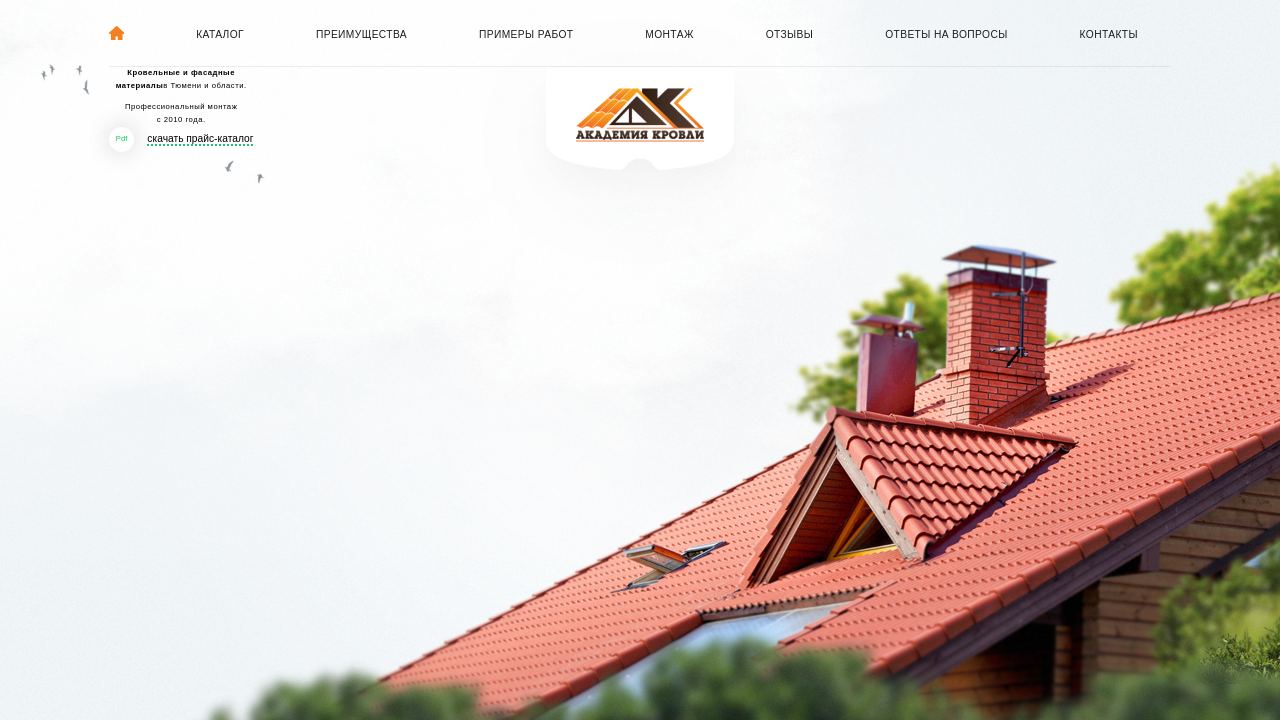
Repository: dima-hacker0/test_task_deyneka
Page: /
The author's editor kept a copy of each file at every save. The page is drawn from the files as they stood at one save, then again after the next save.
The browser window is 1280 px wide. The pictures show the whole page.
The project was rebuilt for these pictures with package versions that can differ from the ones it lists, and the page was loaded fresh each time.

Above is the page before, as saved 2022-06-22 17:42:13.

### src/index.css
/*! normalize.css v8.0.1 | MIT License | github.com/necolas/normalize.css */

/* Document
   ========================================================================== */

/**
 * 1. Correct the line height in all browsers.
 * 2. Prevent adjustments of font size after orientation changes in iOS.
 */
* {
  margin: 0;
  padding: 0;
}

html {
  line-height: 1.15; /* 1 */
  -webkit-text-size-adjust: 100%; /* 2 */
}

/* Sections
   ========================================================================== */

/**
 * Remove the margin in all browsers.
 */

body {
  margin: 0;
  font-family: "Montserrat", sans-serif;
}

/**
 * Render the `main` element consistently in IE.
 */

main {
  display: block;
}

/**
 * Correct the font size and margin on `h1` elements within `section` and
 * `article` contexts in Chrome, Firefox, and Safari.
 */

h1 {
  font-size: 2em;
  margin: 0.67em 0;
}

/* Grouping content
   ========================================================================== */

/**
 * 1. Add the correct box sizing in Firefox.
 * 2. Show the overflow in Edge and IE.
 */

hr {
  box-sizing: content-box; /* 1 */
  height: 0; /* 1 */
  overflow: visible; /* 2 */
}

/**
 * 1. Correct the inheritance and scaling of font size in all browsers.
 * 2. Correct the odd `em` font sizing in all browsers.
 */

pre {
  font-family: monospace, monospace; /* 1 */
  font-size: 1em; /* 2 */
}

/* Text-level semantics
   ========================================================================== */

/**
 * Remove the gray background on active links in IE 10.
 */

a {
  background-color: transparent;
  text-decoration: none;
}

/**
 * 1. Remove the bottom border in Chrome 57-
 * 2. Add the correct text decoration in Chrome, Edge, IE, Opera, and Safari.
 */

abbr[title] {
  border-bottom: none; /* 1 */
  text-decoration: underline; /* 2 */
  text-decoration: underline dotted; /* 2 */
}

/**
 * Add the correct font weight in Chrome, Edge, and Safari.
 */

b,
strong {
  font-weight: bolder;
}

/**
 * 1. Correct the inheritance and scaling of font size in all browsers.
 * 2. Correct the odd `em` font sizing in all browsers.
 */

code,
kbd,
samp {
  font-family: monospace, monospace; /* 1 */
  font-size: 1em; /* 2 */
}

/**
 * Add the correct font size in all browsers.
 */

small {
  font-size: 80%;
}

/**
 * Prevent `sub` and `sup` elements from affecting the line height in
 * all browsers.
 */

sub,
sup {
  font-size: 75%;
  line-height: 0;
  position: relative;
  vertical-align: baseline;
}

sub {
  bottom: -0.25em;
}

sup {
  top: -0.5em;
}

/* Embedded content
   ========================================================================== */

/**
 * Remove the border on images inside links in IE 10.
 */

img {
  border-style: none;
}

/* Forms
   ========================================================================== */

/**
 * 1. Change the font styles in all browsers.
 * 2. Remove the margin in Firefox and Safari.
 */

button,
input,
optgroup,
select,
textarea {
  font-family: inherit; /* 1 */
  font-size: 100%; /* 1 */
  line-height: 1.15; /* 1 */
  margin: 0; /* 2 */
}

/**
 * Show the overflow in IE.
 * 1. Show the overflow in Edge.
 */

button,
input {
  /* 1 */
  overflow: visible;
}

/**
 * Remove the inheritance of text transform in Edge, Firefox, and IE.
 * 1. Remove the inheritance of text transform in Firefox.
 */

button,
select {
  /* 1 */
  text-transform: none;
}

/**
 * Correct the inability to style clickable types in iOS and Safari.
 */

button,
[type="button"],
[type="reset"],
[type="submit"] {
  -webkit-appearance: button;
}

/**
 * Remove the inner border and padding in Firefox.
 */

button::-moz-focus-inner,
[type="button"]::-moz-focus-inner,
[type="reset"]::-moz-focus-inner,
[type="submit"]::-moz-focus-inner {
  border-style: none;
  padding: 0;
}

/**
 * Restore the focus styles unset by the previous rule.
 */

button:-moz-focusring,
[type="button"]:-moz-focusring,
[type="reset"]:-moz-focusring,
[type="submit"]:-moz-focusring {
  outline: 1px dotted ButtonText;
}

/**
 * Correct the padding in Firefox.
 */

fieldset {
  padding: 0.35em 0.75em 0.625em;
}

/**
 * 1. Correct the text wrapping in Edge and IE.
 * 2. Correct the color inheritance from `fieldset` elements in IE.
 * 3. Remove the padding so developers are not caught out when they zero out
 *    `fieldset` elements in all browsers.
 */

legend {
  box-sizing: border-box; /* 1 */
  color: inherit; /* 2 */
  display: table; /* 1 */
  max-width: 100%; /* 1 */
  padding: 0; /* 3 */
  white-space: normal; /* 1 */
}

/**
 * Add the correct vertical alignment in Chrome, Firefox, and Opera.
 */

progress {
  vertical-align: baseline;
}

/**
 * Remove the default vertical scrollbar in IE 10+.
 */

textarea {
  overflow: auto;
}

/**
 * 1. Add the correct box sizing in IE 10.
 * 2. Remove the padding in IE 10.
 */

[type="checkbox"],
[type="radio"] {
  box-sizing: border-box; /* 1 */
  padding: 0; /* 2 */
}

/**
 * Correct the cursor style of increment and decrement buttons in Chrome.
 */

[type="number"]::-webkit-inner-spin-button,
[type="number"]::-webkit-outer-spin-button {
  height: auto;
}

/**
 * 1. Correct the odd appearance in Chrome and Safari.
 * 2. Correct the outline style in Safari.
 */

[type="search"] {
  -webkit-appearance: textfield; /* 1 */
  outline-offset: -2px; /* 2 */
}

/**
 * Remove the inner padding in Chrome and Safari on macOS.
 */

[type="search"]::-webkit-search-decoration {
  -webkit-appearance: none;
}

/**
 * 1. Correct the inability to style clickable types in iOS and Safari.
 * 2. Change font properties to `inherit` in Safari.
 */

::-webkit-file-upload-button {
  -webkit-appearance: button; /* 1 */
  font: inherit; /* 2 */
}

/* Interactive
   ========================================================================== */

/*
 * Add the correct display in Edge, IE 10+, and Firefox.
 */

details {
  display: block;
}

/*
 * Add the correct display in all browsers.
 */

summary {
  display: list-item;
}

/* Misc
   ========================================================================== */

/**
 * Add the correct display in IE 10+.
 */

template {
  display: none;
}

/**
 * Add the correct display in IE 10.
 */

[hidden] {
  display: none;
}

### src/App.jsx
import "./App.css";
import Header from "./components/header/header";
import MainPage from "./components/main_page/main_page";

function App() {
  return (
    <div className="App">
      <Header />
      <MainPage />
    </div>
  );
}

export default App;

### src/App.css
body {
  background-image: url(./images/BG.png);
  background-size: 100vw;
  background-repeat: no-repeat;
  min-height: 100vh;
}

### src/components/header/header.jsx
import Svg from "../../svg/svg";
import classes from "./header.module.css";

const Header = () => {
  return (
    <header className={classes.header}>
      <div className={classes.container}>
        <nav className={classes.navigation}>
          <a href="/">
            <Svg id="house" styles={classes.svg} />
          </a>
          <a href="/" className={classes.linkPage}>
            каталог
          </a>
          <a href="/" className={classes.linkPage}>
            преимущества
          </a>
          <a href="/" className={classes.linkPage}>
            примеры работ
          </a>
          <a href="/" className={classes.linkPage}>
            монтаж
          </a>
          <a href="/" className={classes.linkPage}>
            отзывы
          </a>
          <a href="/" className={classes.linkPage}>
            ответы на вопросы
          </a>
          <a href="/" className={classes.linkPage}>
            контакты
          </a>
        </nav>
      </div>
    </header>
  );
};

export default Header;

### src/components/main_page/main_page.jsx
import classes from "./main_page.module.css";
import TopPanel from "./top_panel/top_panel";

const MainPage = () => {
  return (
    <section className={classes.mainPage}>
      <div className={classes.container}>
        <TopPanel />
      </div>
    </section>
  );
};

export default MainPage;

### src/svg/svg.jsx
const Svg = ({ id, styles }) => {
  switch (id) {
    case "house":
      return (
        <svg
          className={styles}
          viewBox="0 0 23 22"
          fill="none"
          xmlns="http://www.w3.org/2000/svg"
        >
          <path
            d="M22.6129 9.77275L12.2944 0.311896C11.8406 -0.103965 11.1578 -0.103965 10.7041 0.311896L0.385564 9.77275C0.0216964 10.1073 -0.0951005 10.618 0.0800948 11.0791C0.25529 11.5402 0.691032 11.8385 1.18068 11.8385H2.82931V21.3174C2.82931 21.6926 3.13029 22 3.50763 22H9.1633C9.53615 22 9.84162 21.6971 9.84162 21.3174V15.5632H13.1658V21.3174C13.1658 21.6926 13.4668 22 13.8442 22H19.4953C19.8682 22 20.1736 21.6971 20.1736 21.3174V11.8385H21.8223C22.3119 11.8385 22.7432 11.5402 22.9229 11.0791C23.0936 10.618 22.9768 10.1073 22.6129 9.77275Z"
            fill="#F38120"
          />
        </svg>
      );
    case "form":
      return (
        <svg
          className={styles}
          viewBox="0 0 374 248"
          fill="none"
          xmlns="http://www.w3.org/2000/svg"
        >
          <g filter="url(#filter0_d_1820_633)">
            <path
              d="M187 25H50V129.073C50 138.022 54.4674 146.474 61.913 151.446C84.4155 166.195 128.097 171.332 157.383 172.99C160.857 173.155 164.167 171.332 165.987 168.349C170.289 161.223 178.065 156.417 187 156.417C195.935 156.417 203.711 161.223 208.013 168.349C209.833 171.332 213.142 173.155 216.617 172.99C245.903 171.167 289.585 166.195 312.087 151.446C319.533 146.474 324 138.188 324 129.073V25H187Z"
              fill="white"
            />
          </g>
          <defs>
            <filter
              id="filter0_d_1820_633"
              x="0"
              y="0"
              className={styles}
              filterUnits="userSpaceOnUse"
              color-interpolation-filters="sRGB"
            >
              <feFlood flood-opacity="0" result="BackgroundImageFix" />
              <feColorMatrix
                in="SourceAlpha"
                type="matrix"
                values="0 0 0 0 0 0 0 0 0 0 0 0 0 0 0 0 0 0 127 0"
                result="hardAlpha"
              />
              <feOffset dy="25" />
              <feGaussianBlur stdDeviation="25" />
              <feComposite in2="hardAlpha" operator="out" />
              <feColorMatrix
                type="matrix"
                values="0 0 0 0 0 0 0 0 0 0 0 0 0 0 0 0 0 0 0.03 0"
              />
              <feBlend
                mode="normal"
                in2="BackgroundImageFix"
                result="effect1_dropShadow_1820_633"
              />
              <feBlend
                mode="normal"
                in="SourceGraphic"
                in2="effect1_dropShadow_1820_633"
                result="shape"
              />
            </filter>
          </defs>
        </svg>
      );
    default:
      return <svg></svg>;
  }
};

export default Svg;

### src/components/header/header.module.css
.linkPage {
  text-transform: uppercase;
  font-weight: 500;
  color: #1c1c1c;
  font-size: 0.8vw;
  letter-spacing: 0.03vw;
  transition: 0.4s;
}
.navigation {
  display: flex;
  justify-content: space-between;
  align-items: center;
  max-width: 80.4vw;
  padding-top: 2vw;
  padding-bottom: 1.7vw;
}
.container {
  max-width: 83vw;
  margin: 0 auto;
  border-bottom: 1px solid rgba(0, 0, 0, 0.07);
}
.svg {
  width: 1.2vw;
}
.linkPage:after {
  display: block;
  content: "";
  height: 1px;
  width: 0%;
  background-color: #f38120;
  transition: width 0.4s ease-in-out;
}
.linkPage:hover:after,
.linkPage:focus:after {
  width: 100%;
}
.linkPage:hover {
  color: #f38120;
}

### src/components/main_page/main_page.module.css
.container {
  max-width: 83vw;
  margin: 0 auto;
}

### src/components/main_page/top_panel/top_panel.jsx
import Svg from "../../../svg/svg";
import DownloadCatalog from "./download_catalog/download_catalog";
import Materials from "./materials/materials";
import classes from "./top_panel.module.css";
import logo from "../../../images/logo.png";

const TopPanel = () => {
  return (
    <div className={classes.items}>
      <div className={classes.leftSide}>
        <Materials />
        <DownloadCatalog />
      </div>
      <div className={classes.block}>
        <div className={classes.blockLogo}>
          <Svg id="form" styles={classes.form} />
          <img className={classes.logo} src={logo} alt="logo" />
        </div>
      </div>
      <div></div>
      <div></div>
    </div>
  );
};

export default TopPanel;

### src/components/main_page/top_panel/download_catalog/download_catalog.jsx
import classes from "./download_catalog.module.css";

const DownloadCatalog = () => {
  return (
    <div className={classes.block}>
      <div className={classes.circlePdf}>Pdf</div>
      <p className={classes.downloadСatalog}>скачать прайс-каталог</p>
    </div>
  );
};

export default DownloadCatalog;

### src/components/main_page/top_panel/materials/materials.jsx
import classes from "./materials.module.css";

const Materials = () => {
  return (
    <div className={classes.item}>
      <p className={classes.text}>
        <span className={classes.textMaterials}>
          Кровельные и фасадные <br /> материалы
        </span>
        в Тюмени и области.
      </p>
      <p className={classes.text}>
        Профессиональный монтаж <br /> с 2010 года.
      </p>
    </div>
  );
};

export default Materials;

### src/components/main_page/top_panel/top_panel.module.css
.items {
  display: flex;
  justify-content: space-between;
  align-items: center;
  position: relative;
}
.form {
  width: 20vw;
  -webkit-filter: drop-shadow(0px 25px 50px rgba(0, 0, 0, 0.03));
  filter: drop-shadow(0px 25px 50px rgba(0, 0, 0, 0.03));
}
.logo {
  position: absolute;
  width: 10vw;
  left: 50%;
  top: 37%;
  transform: translate(-50%, -50%);
}
.blockLogo {
  position: relative;
}
.block {
  position: absolute;
  left: 50%;
  top: -1.3vw;
  transform: translateX(-50%);
}

### src/components/main_page/top_panel/download_catalog/download_catalog.module.css
.circlePdf {
  color: #12c868;
  font-size: 0.6vw;
  width: 2vw;
  height: 2vw;
  justify-content: center;
  align-items: center;
  display: flex;
  box-shadow: 0px 0px 25px rgb(0 0 0 / 18%);
  border-radius: 50%;
}
.downloadСatalog {
  font-size: 0.8vw;
  border-bottom: 2px dotted #12c868;
}
.block {
  display: flex;
  align-items: center;
  justify-content: space-between;
  width: 11.3vw;
  cursor: pointer;
}

### src/components/main_page/top_panel/materials/materials.module.css
.textMaterials {
  font-weight: 600;
}
.text {
  font-size: 0.6vw;
  letter-spacing: 0.04vw;
  text-align: center;
  line-height: 1vw;
}
.item .text:first-child {
  margin-bottom: 8px;
}

Loaded but not shown: public/index.html (common file); src/index.js (common file)

After the next save:
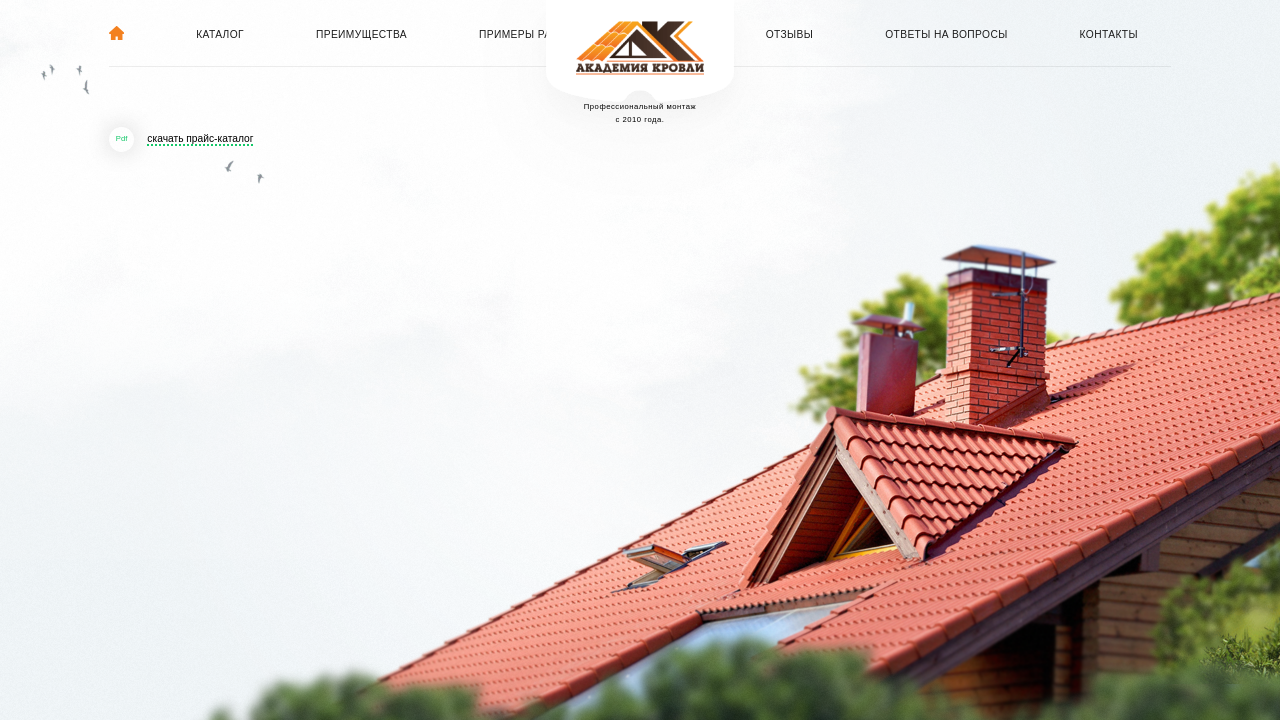
Saved 15 s later.
--- a/src/components/main_page/top_panel/top_panel.module.css
+++ b/src/components/main_page/top_panel/top_panel.module.css
@@ -1,8 +1,4 @@
 .items {
-  display: flex;
-  justify-content: space-between;
-  align-items: center;
-  position: relative;
 }
 .form {
   width: 20vw;
